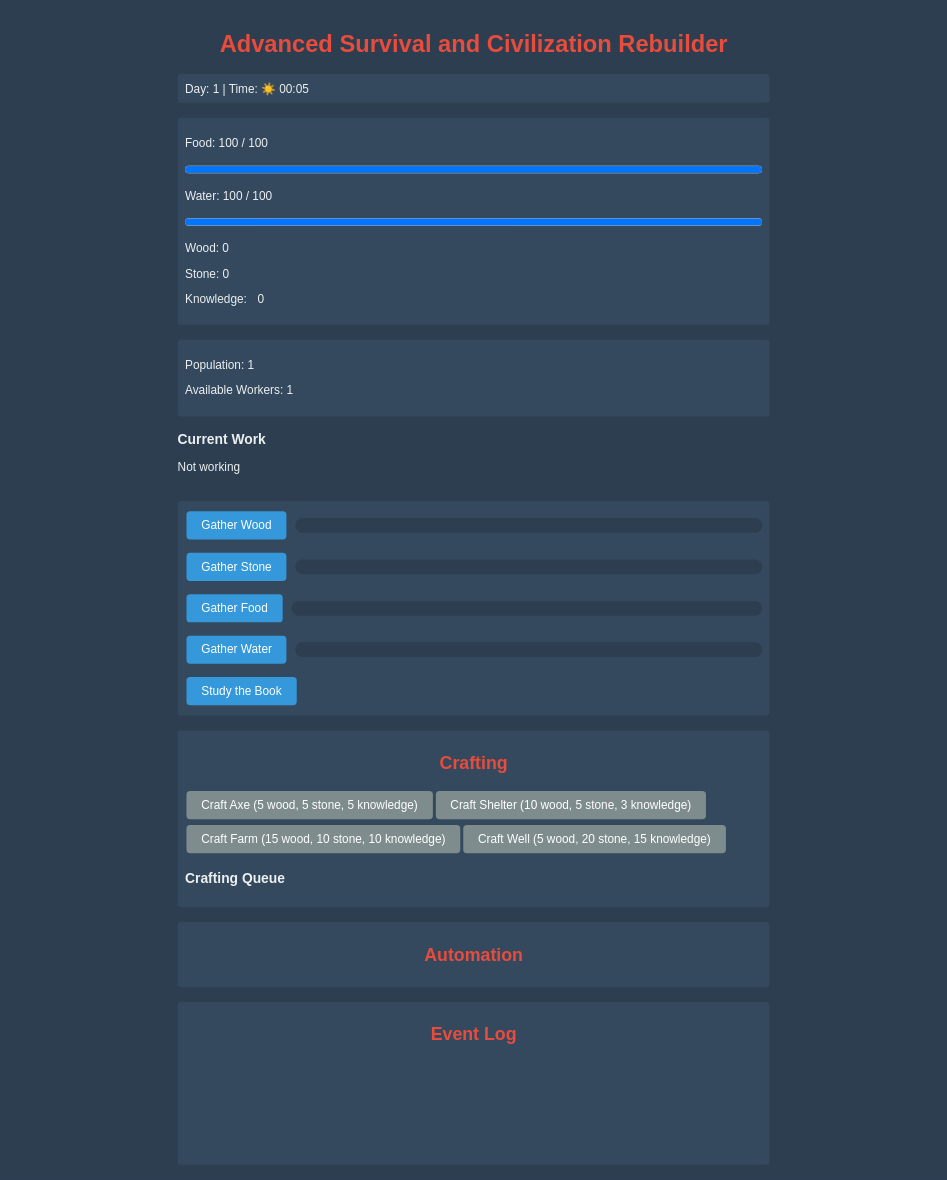
Repository: kingpinzs/afk-post-apocalyptic
Page: index.html
An editor plug-in stored every save of this project. The page is shown before and after the next save, followed by the edit.
The browser window is 1280 px wide. The pictures show the whole page, at 74% of full size.

Above is the page before, as saved 2024-09-10 09:45:32.
Console error: TypeError: Cannot set properties of null (setting 'textContent')

### index.html
<!DOCTYPE html>
<html lang="en">
<head>
    <meta charset="UTF-8">
    <meta name="viewport" content="width=device-width, initial-scale=1.0">
    <title>Advanced Survival and Civilization Rebuilder</title>
    <link rel="stylesheet" href="styles.css">
</head>
<body>
    <div id="game-container">
        <h1>Advanced Survival and Civilization Rebuilder</h1>
        <div id="day-night-cycle">
            Day: <span id="day-count">1</span> | Time: <span id="time-emoji">🌅</span> <span id="time-display">00:00</span>
        </div>
        <div id="resources">
            <p>Food: <span id="food">100</span> / 100</p>
            <progress id="food-bar" value="100" max="100"></progress>
            <p>Water: <span id="water">100</span> / 100</p>
            <progress id="water-bar" value="100" max="100"></progress>
            <p>Wood: <span id="wood">0</span></p>
            <p>Stone: <span id="stone">0</span></p>
            <p>Knowledge: <span id="knowledge">0</span></p>
        </div>
        <div id="population">
            <p>Population: <span id="population-count">1</span></p>
            <p>Available Workers: <span id="available-workers">1</span></p>
        </div>
        <div id="working-section">
            <h3>Current Work</h3>
            <p id="current-work">Not working</p>
            <div id="work-progress-container" class="progress-bar-container">
                <div id="work-progress-bar" class="progress-bar"></div>
            </div>
        </div>
        <div id="actions">
            <div class="gather-action">
                <button id="gather-wood">Gather Wood</button>
                <div class="progress-bar-container">
                    <div id="wood-progress-bar" class="progress-bar"></div>
                </div>
            </div>
            <div class="gather-action">
                <button id="gather-stone">Gather Stone</button>
                <div class="progress-bar-container">
                    <div id="stone-progress-bar" class="progress-bar"></div>
                </div>
            </div>
            <div class="gather-action">
                <button id="gather-food">Gather Food</button>
                <div class="progress-bar-container">
                    <div id="food-progress-bar" class="progress-bar"></div>
                </div>
            </div>
            <div class="gather-action">
                <button id="gather-water">Gather Water</button>
                <div class="progress-bar-container">
                    <div id="water-progress-bar" class="progress-bar"></div>
                </div>
            </div>
            <button id="study">Study the Book</button>
        </div>
        <div id="crafting">
            <h2>Crafting</h2>
            <div id="craftable-items"></div>
            <h3>Crafting Queue</h3>
            <div id="crafting-queue"></div>
        </div>
        <div id="automation">
            <h2>Automation</h2>
            <div id="automation-controls"></div>
        </div>
        <div id="log">
            <h2>Event Log</h2>
            <ul id="event-log"></ul>
        </div>
    </div>

    <div id="puzzle-popup" class="popup">
        <h2 id="puzzle-title"></h2>
        <p id="puzzle-description"></p>
        <input type="text" id="puzzle-answer" placeholder="Enter your answer">
        <button id="submit-puzzle">Submit Answer</button>
    </div>

    <script type="module" src="game.js"></script>
</body>
</html>

### styles.css
body {
    font-family: Arial, sans-serif;
    background-color: #2c3e50;
    color: #ecf0f1;
    margin: 0;
    padding: 0;
}

#game-container {
    max-width: 800px;
    margin: 0 auto;
    padding: 20px;
}

h1, h2 {
    text-align: center;
    color: #e74c3c;
}

#day-night-cycle, #resources, #actions, #crafting, #knowledge, #population, #automation {
    background-color: #34495e;
    border-radius: 5px;
    padding: 10px;
    margin-bottom: 20px;
}

button {
    background-color: #3498db;
    border: none;
    color: white;
    padding: 10px 20px;
    text-align: center;
    text-decoration: none;
    display: inline-block;
    font-size: 16px;
    margin: 4px 2px;
    cursor: pointer;
    border-radius: 5px;
    transition: background-color 0.3s;
}

button:hover {
    background-color: #2980b9;
}

button:disabled {
    background-color: #7f8c8d;
    cursor: not-allowed;
}

#log {
    background-color: #34495e;
    border-radius: 5px;
    padding: 10px;
    height: 200px;
    overflow-y: scroll;
}

#event-log {
    list-style-type: none;
    padding: 0;
}

#event-log li {
    margin-bottom: 5px;
}

progress {
    width: 100%;
    height: 20px;
}

.popup {
    display: none;
    position: fixed;
    top: 50%;
    left: 50%;
    transform: translate(-50%, -50%);
    background-color: #34495e;
    padding: 20px;
    border-radius: 5px;
    z-index: 1000;
}

.popup input {
    width: 100%;
    padding: 5px;
    margin-top: 10px;
}

.popup button {
    margin-top: 10px;
}

.gather-action {
    display: flex;
    align-items: center;
    margin-bottom: 10px;
}

.progress-bar-container {
    flex-grow: 1;
    height: 20px;
    background-color: #2c3e50;
    margin-left: 10px;
    border-radius: 10px;
    overflow: hidden;
}

.progress-bar {
    width: 0;
    height: 100%;
    background-color: #27ae60;
    transition: width 0.1s linear;
}

#crafting-queue {
    margin-top: 10px;
}

.crafting-item {
    display: flex;
    align-items: center;
    margin-bottom: 10px;
}

.crafting-item .progress-bar-container {
    flex-grow: 1;
    height: 20px;
    background-color: #2c3e50;
    margin-left: 10px;
    border-radius: 10px;
    overflow: hidden;
}

.crafting-item .progress-bar {
    width: 0;
    height: 100%;
    background-color: #e67e22;
    transition: width 0.1s linear;
}

### game.js
// game.js

import { gameState, CONSTANTS, loadKnowledgeData } from './gameState.js';
import { updateDisplay, updateTimeDisplay, updateTimeEmoji, logEvent } from './ui.js';
import { gatherResource, consumeResources, produceResources, checkPopulationGrowth, study } from './resources.js';
import { updateCraftableItems, submitPuzzleAnswer, showPuzzle } from './crafting.js';
import { updateAutomationControls } from './automation.js';

function initializeGame() {
    loadKnowledgeData().then(() => {
        updateCraftableItems();
        updateAutomationControls();
    });

    // Event listeners
    document.getElementById('gather-wood').addEventListener('click', () => gatherResource('wood'));
    document.getElementById('gather-stone').addEventListener('click', () => gatherResource('stone'));
    document.getElementById('gather-food').addEventListener('click', () => gatherResource('food'));
    document.getElementById('gather-water').addEventListener('click', () => gatherResource('water'));
    document.getElementById('study').addEventListener('click', study);
    document.getElementById('submit-puzzle').addEventListener('click', submitPuzzleAnswer);

    // Start game loop
    setInterval(gameLoop, 1000); // Update every second
}

function gameLoop() {
    updateTime();
    if (gameState.time === 0) { // Start of a new day
        consumeResources();
        produceResources();
        checkPopulationGrowth();
    }
    checkSurvival();
    updateDisplay();
    processQueue();
}

function updateTime() {
    gameState.time = (gameState.time + 1) % (CONSTANTS.DAY_LENGTH * 60);
    if (gameState.time === 0) {
        gameState.day += 1;
    }
    updateTimeEmoji();
    updateTimeDisplay();
}

function checkSurvival() {
    if (gameState.food <= 0 || gameState.water <= 0) {
        alert('Game Over! Your population did not survive.');
        resetGame();
    }
}

function resetGame() {
    Object.assign(gameState, {
        food: 100,
        water: 100,
        wood: 0,
        stone: 0,
        knowledge: 0,
        population: 1,
        unassignedPopulation: 0,
        day: 1,
        time: 0,
        craftedItems: {},
        automationAssignments: {}
    });
    updateDisplay();
    updateCraftableItems();
    updateAutomationControls();
}

// Initialize the game
initializeGame();

### gameState.js
// gameState.js

export const gameState = {
    food: 100,
    water: 100,
    wood: 0,
    stone: 0,
    knowledge: 0,
    population: 1,
    unassignedPopulation: 0,
    day: 1,
    time: 0,
    craftedItems: {},
    automationAssignments: {}
};

export const CONSTANTS = {
    DAY_LENGTH: 10, // 10 minutes per day
    DAY_PHASE: 5, // 5 minutes of daylight
    POPULATION_THRESHOLD: 50 // Resources required for population growth
};

export let knowledgeData;

export function loadKnowledgeData() {
    return fetch('knowledge_data.json')
        .then(response => response.json())
        .then(data => {
            knowledgeData = data;
        });
}

### ui.js
// ui.js

import { gameState, CONSTANTS, knowledgeData } from './gameState.js';

export function updateDisplay() {
    document.getElementById('food').textContent = Math.floor(gameState.food);
    document.getElementById('water').textContent = Math.floor(gameState.water);
    document.getElementById('wood').textContent = gameState.wood;
    document.getElementById('stone').textContent = gameState.stone;
    document.getElementById('knowledge').textContent = gameState.knowledge;
    document.getElementById('food-bar').value = gameState.food;
    document.getElementById('water-bar').value = gameState.water;
    document.getElementById('population-count').textContent = gameState.population;
    document.getElementById('unassigned-population').textContent = gameState.unassignedPopulation;
    document.getElementById('day-count').textContent = gameState.day;
}

export function updateTimeDisplay() {
    const hours = Math.floor(gameState.time / 60);
    const minutes = gameState.time % 60;
    document.getElementById('time-display').textContent = `${hours.toString().padStart(2, '0')}:${minutes.toString().padStart(2, '0')}`;
}

export function updateTimeEmoji() {
    const timeEmojiElement = document.getElementById('time-emoji');
    if (gameState.time < CONSTANTS.DAY_PHASE * 60) {
        timeEmojiElement.textContent = '☀️';
    } else {
        timeEmojiElement.textContent = '🌙';
    }
}

export function logEvent(message) {
    const eventLog = document.getElementById('event-log');
    const li = document.createElement('li');
    li.textContent = message;
    eventLog.prepend(li);
    if (eventLog.children.length > 5) {
        eventLog.removeChild(eventLog.lastChild);
    }
}

### resources.js
import { gameState, CONSTANTS } from './gameState.js';
import { logEvent, updateDisplay } from './ui.js';
import { updateAutomationControls } from './automation.js';
import { updateCraftableItems } from './crafting.js';

const gatheringTimes = {
    wood: 5000,  // 5 seconds
    stone: 7000, // 7 seconds
    food: 3000,  // 3 seconds
    water: 2000  // 2 seconds
};

const gatheringProgresses = {
    wood: 0,
    stone: 0,
    food: 0,
    water: 0
};

export function gatherResource(resource) {
    const button = document.getElementById(`gather-${resource}`);
    const progressBar = document.getElementById(`${resource}-progress-bar`);

    if (button.disabled) return;  // If already gathering, do nothing

    button.disabled = true;
    let progress = 0;
    const interval = 100;  // Update every 100ms
    const duration = getGatheringTime(resource);

    const progressInterval = setInterval(() => {
        progress += interval;
        const percentage = (progress / duration) * 100;
        progressBar.style.width = `${percentage}%`;

        if (progress >= duration) {
            clearInterval(progressInterval);
            completeGathering(resource);
            button.disabled = false;
            progressBar.style.width = '0%';
        }
    }, interval);
}

function getGatheringTime(resource) {
    let time = gatheringTimes[resource];
    if (resource === 'wood' && gameState.craftedItems.axe) {
        time /= gameState.craftedItems.axe.effect.woodGatheringMultiplier;
    }
    // You can add more modifiers here based on other upgrades or skills
    return time;
}

function completeGathering(resource) {
    let amount = 1;
    if (resource === 'wood' && gameState.craftedItems.axe) {
        amount = gameState.craftedItems.axe.effect.woodGatheringMultiplier;
    }
    gameState[resource] += amount;
    logEvent(`Gathered ${amount} ${resource}.`);
    updateDisplay();
    updateCraftableItems();
}

export function consumeResources() {
    const consumptionRate = gameState.craftedItems.shelter ? 0.5 : 1;
    const foodConsumption = Math.min(gameState.food, consumptionRate * gameState.population);
    const waterConsumption = Math.min(gameState.water, consumptionRate * gameState.population);

    gameState.food -= foodConsumption;
    gameState.water -= waterConsumption;

    logEvent(`Consumed ${foodConsumption.toFixed(1)} food and ${waterConsumption.toFixed(1)} water for the day.`);
}

export function produceResources() {
    if (gameState.craftedItems.farm) {
        const foodProduced = gameState.craftedItems.farm.effect.foodProductionRate * (gameState.automationAssignments.farm || 0);
        gameState.food += foodProduced;
        logEvent(`Farm produced ${foodProduced.toFixed(1)} food.`);
    }
    if (gameState.craftedItems.well) {
        const waterProduced = gameState.craftedItems.well.effect.waterProductionRate * (gameState.automationAssignments.well || 0);
        gameState.water += waterProduced;
        logEvent(`Well produced ${waterProduced.toFixed(1)} water.`);
    }
    gameState.food = Math.min(gameState.food, 100);
    gameState.water = Math.min(gameState.water, 100);
}

export function checkPopulationGrowth() {
    if (gameState.food >= CONSTANTS.POPULATION_THRESHOLD && gameState.water >= CONSTANTS.POPULATION_THRESHOLD) {
        gameState.population += 1;
        gameState.unassignedPopulation += 1;
        gameState.food -= CONSTANTS.POPULATION_THRESHOLD;
        gameState.water -= CONSTANTS.POPULATION_THRESHOLD;
        logEvent("The population has grown! You have a new unassigned worker.");
        updateAutomationControls();
    }
}

export function study() {
    gameState.knowledge += 1;
    logEvent('Studied the book. Gained 1 knowledge point.');
    updateDisplay();
    updateCraftableItems();
}

### crafting.js
import { gameState, knowledgeData } from './gameState.js';
import { logEvent, updateDisplay } from './ui.js';
import { updateAutomationControls } from './automation.js';

const craftingQueue = [];
const craftingTimes = {
    axe: 30000,    // 30 seconds
    shelter: 60000, // 1 minute
    farm: 120000,   // 2 minutes
    well: 90000     // 1.5 minutes
};

export function updateCraftableItems() {
    const craftableItemsContainer = document.getElementById('craftable-items');
    craftableItemsContainer.innerHTML = '';
    knowledgeData.items.forEach(item => {
        if (!gameState.craftedItems[item.id]) {
            const canCraft = Object.entries(item.requirements).every(([resource, amount]) => gameState[resource] >= amount);
            const button = document.createElement('button');
            button.textContent = `Craft ${item.name} (${Object.entries(item.requirements).map(([resource, amount]) => `${amount} ${resource}`).join(', ')})`;
            button.disabled = !canCraft || craftingQueue.length >= gameState.population;
            button.addEventListener('click', () => startCrafting(item));
            craftableItemsContainer.appendChild(button);
        }
    });
}

function startCrafting(item) {
    if (craftingQueue.length >= gameState.population) {
        logEvent("Not enough workers to start crafting.");
        return;
    }

    // Deduct resources
    Object.entries(item.requirements).forEach(([resource, amount]) => {
        gameState[resource] -= amount;
    });

    // Add item to crafting queue
    const craftingItem = {
        item: item,
        progress: 0,
        duration: craftingTimes[item.id]
    };
    craftingQueue.push(craftingItem);

    // Update UI
    updateCraftableItems();
    updateCraftingQueue();
    updateDisplay();

    // Start crafting process
    processQueue();
}

function processQueue() {
    if (craftingQueue.length === 0) return;

    const queueContainer = document.getElementById('crafting-queue');
    queueContainer.innerHTML = '';

    craftingQueue.forEach((craftingItem, index) => {
        const itemElement = document.createElement('div');
        itemElement.className = 'crafting-item';
        itemElement.innerHTML = `
            <span>${craftingItem.item.name}</span>
            <div class="progress-bar-container">
                <div class="progress-bar"></div>
            </div>
        `;
        queueContainer.appendChild(itemElement);

        const progressBar = itemElement.querySelector('.progress-bar');
        const updateProgress = () => {
            craftingItem.progress += 100;
            const percentage = (craftingItem.progress / craftingItem.duration) * 100;
            progressBar.style.width = `${percentage}%`;

            if (craftingItem.progress >= craftingItem.duration) {
                completeCrafting(craftingItem, index);
            } else {
                setTimeout(updateProgress, 100);
            }
        };

        setTimeout(updateProgress, 100);
    });
}

function completeCrafting(craftingItem, index) {
    gameState.craftedItems[craftingItem.item.id] = craftingItem.item;
    logEvent(`Crafted ${craftingItem.item.name}!`);
    craftingQueue.splice(index, 1);
    updateCraftableItems();
    updateCraftingQueue();
    updateDisplay();
    updateAutomationControls();
}

function updateCraftingQueue() {
    const queueContainer = document.getElementById('crafting-queue');
    queueContainer.innerHTML = '';
    craftingQueue.forEach(craftingItem => {
        const itemElement = document.createElement('div');
        itemElement.className = 'crafting-item';
        itemElement.innerHTML = `
            <span>${craftingItem.item.name}</span>
            <div class="progress-bar-container">
                <div class="progress-bar"></div>
            </div>
        `;
        queueContainer.appendChild(itemElement);
    });
}

export function submitPuzzleAnswer() {
    const puzzlePopup = document.getElementById('puzzle-popup');
    const itemId = puzzlePopup.dataset.itemId;
    const item = knowledgeData.items.find(i => i.id === itemId);
    if (document.getElementById('puzzle-answer').value.toLowerCase() === item.puzzleAnswer.toLowerCase()) {
        startCrafting(item);
        puzzlePopup.style.display = 'none';
    } else {
        alert('Incorrect answer. Try again!');
    }
}

function craftItem(item) {
    Object.entries(item.requirements).forEach(([resource, amount]) => {
        gameState[resource] -= amount;
    });
    gameState.craftedItems[item.id] = item;
    logEvent(`Crafted ${item.name}!`);
    updateDisplay();
    updateCraftableItems();
    updateAutomationControls();
}

// Make sure showPuzzle is exported
export function showPuzzle(item) {
    const puzzlePopup = document.getElementById('puzzle-popup');
    document.getElementById('puzzle-title').textContent = `Craft ${item.name}`;
    document.getElementById('puzzle-description').textContent = item.puzzle;
    document.getElementById('puzzle-answer').value = '';
    puzzlePopup.style.display = 'block';
    puzzlePopup.dataset.itemId = item.id;
}

### automation.js
// automation.js

import { gameState } from './gameState.js';
import { updateDisplay } from './ui.js';

export function updateAutomationControls() {
    const automationControlsContainer = document.getElementById('automation-controls');
    automationControlsContainer.innerHTML = '';
    Object.entries(gameState.craftedItems).forEach(([itemId, item]) => {
        if (item.effect.foodProductionRate || item.effect.waterProductionRate) {
            const div = document.createElement('div');
            div.innerHTML = `
                <p>${item.name}: <span id="${itemId}-assigned">0</span> assigned</p>
                <button id="${itemId}-assign">+</button>
                <button id="${itemId}-unassign">-</button>
            `;
            automationControlsContainer.appendChild(div);

            document.getElementById(`${itemId}-assign`).addEventListener('click', () => assignWorker(itemId));
            document.getElementById(`${itemId}-unassign`).addEventListener('click', () => unassignWorker(itemId));
        }
    });
}

function assignWorker(itemId) {
    if (gameState.unassignedPopulation > 0) {
        gameState.automationAssignments[itemId] = (gameState.automationAssignments[itemId] || 0) + 1;
        gameState.unassignedPopulation -= 1;
        updateAutomationDisplay();
    }
}

function unassignWorker(itemId) {
    if (gameState.automationAssignments[itemId] > 0) {
        gameState.automationAssignments[itemId] -= 1;
        gameState.unassignedPopulation += 1;
        updateAutomationDisplay();
    }
}

function updateAutomationDisplay() {
    Object.entries(gameState.automationAssignments).forEach(([itemId, count]) => {
        const assignedElement = document.getElementById(`${itemId}-assigned`);
        if (assignedElement) {
            assignedElement.textContent = count;
        }
    });
    updateDisplay();
}

### knowledge_data.json
{
    "items": [
      {
        "id": "axe",
        "name": "Axe",
        "description": "Improves wood gathering efficiency",
        "requirements": {
          "wood": 5,
          "stone": 5,
          "knowledge": 5
        },
        "puzzle": "What has a handle and a head, but no arms or legs?",
        "puzzleAnswer": "axe",
        "effect": {
          "woodGatheringMultiplier": 2
        }
      },
      {
        "id": "shelter",
        "name": "Shelter",
        "description": "Reduces resource consumption",
        "requirements": {
          "wood": 10,
          "stone": 5,
          "knowledge": 3
        },
        "puzzle": "I keep you safe, I keep you dry, I'm built with care, up toward the sky. What am I?",
        "puzzleAnswer": "shelter",
        "effect": {
          "resourceConsumptionMultiplier": 0.5
        }
      },
      {
        "id": "farm",
        "name": "Farm",
        "description": "Produces food over time",
        "requirements": {
          "wood": 15,
          "stone": 10,
          "knowledge": 10
        },
        "puzzle": "With seeds and soil, sun and rain, I help your food to grow again. What am I?",
        "puzzleAnswer": "farm",
        "effect": {
          "foodProductionRate": 0.1
        }
      },
      {
        "id": "well",
        "name": "Well",
        "description": "Produces water over time",
        "requirements": {
          "wood": 5,
          "stone": 20,
          "knowledge": 15
        },
        "puzzle": "Deep in the earth, I'm built with care, to bring up something vital and rare. What am I?",
        "puzzleAnswer": "well",
        "effect": {
          "waterProductionRate": 0.2
        }
      }
    ]
  }

After the next save:
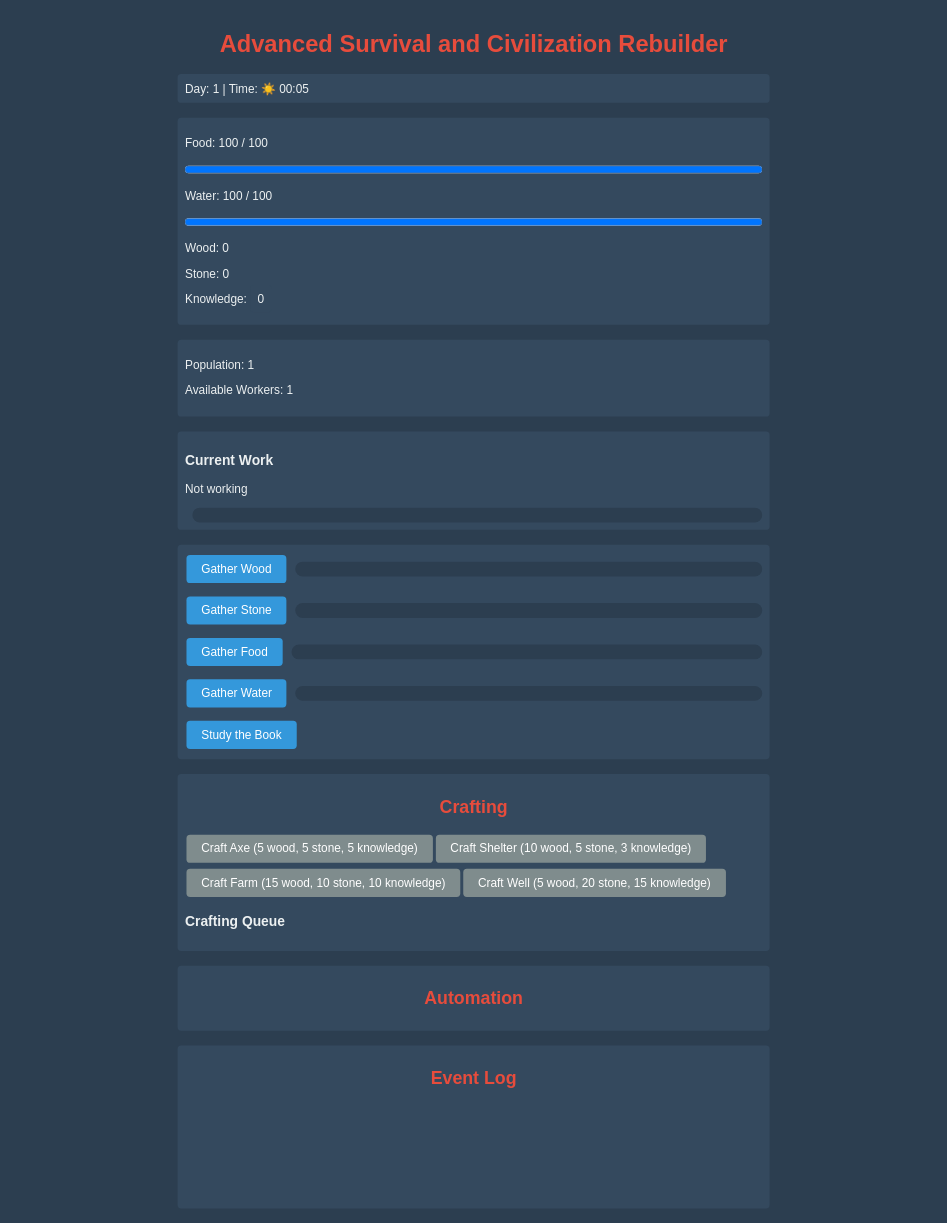
Saved 37 s later.
--- a/styles.css
+++ b/styles.css
@@ -139,3 +139,25 @@ progress {
     background-color: #e67e22;
     transition: width 0.1s linear;
 }
+
+#working-section {
+    background-color: #34495e;
+    border-radius: 5px;
+    padding: 10px;
+    margin-bottom: 20px;
+}
+
+#work-progress-container {
+    margin-top: 10px;
+}
+
+.automation-control {
+    display: flex;
+    justify-content: space-between;
+    align-items: center;
+    margin-bottom: 10px;
+}
+
+.automation-control button {
+    padding: 5px 10px;
+}
